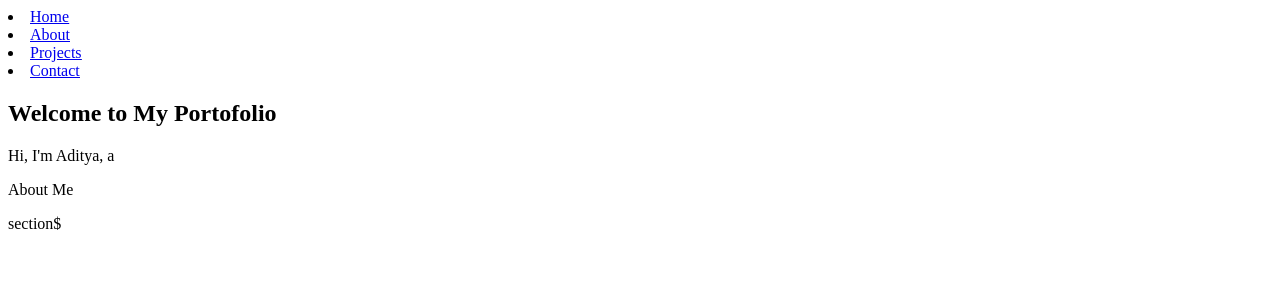
Repository: 4Kbrain/Portofolio
Page: index.html
The author's editor kept a copy of each file at every save. The page is drawn from the files as they stood at one save, then again after a run of saves.
The browser window is 1280 px wide. The pictures show the whole page.

Above is the page before, as saved 2024-05-15 07:30:47.

### index.html
<!DOCTYPE html>
<html lang="en">
<head>
    <meta charset="UTF-8">
    <meta name="viewport" content="width=device-width, initial-scale=1.0">
    <title>My Portofolio</title>
</head>
<body>
    <header>
        <nav>
            <u>
                <li><a href="#home">Home</a></li>
                <li><a href="#about">About</a></li>
                <li><a href="#projects">Projects</a></li>
                <li><a href="#contact">Contact</a></li>
            </u>
        </nav>
    </header>

<section id="home">
    <h1>Welcome to My Portofolio</h1>
    <p>Hi, I'm Aditya, a </p>
</section>

<section id="about">
    <p>About Me</p>
    <p></p>
</section>

section$
</body>
</html>

After the next 4 saves:
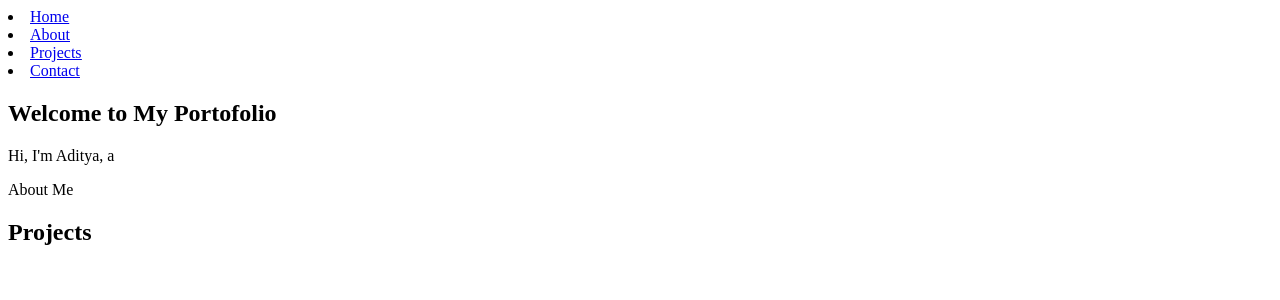
The 4 saves are shown as one change because they came seconds apart.
The last was saved 11 s later.
--- a/index.html
+++ b/index.html
@@ -27,6 +27,9 @@
     <p></p>
 </section>
 
-section$
+<section id="projects">
+    <h2>Projects</h2>
+
+</section>
 </body>
 </html>
